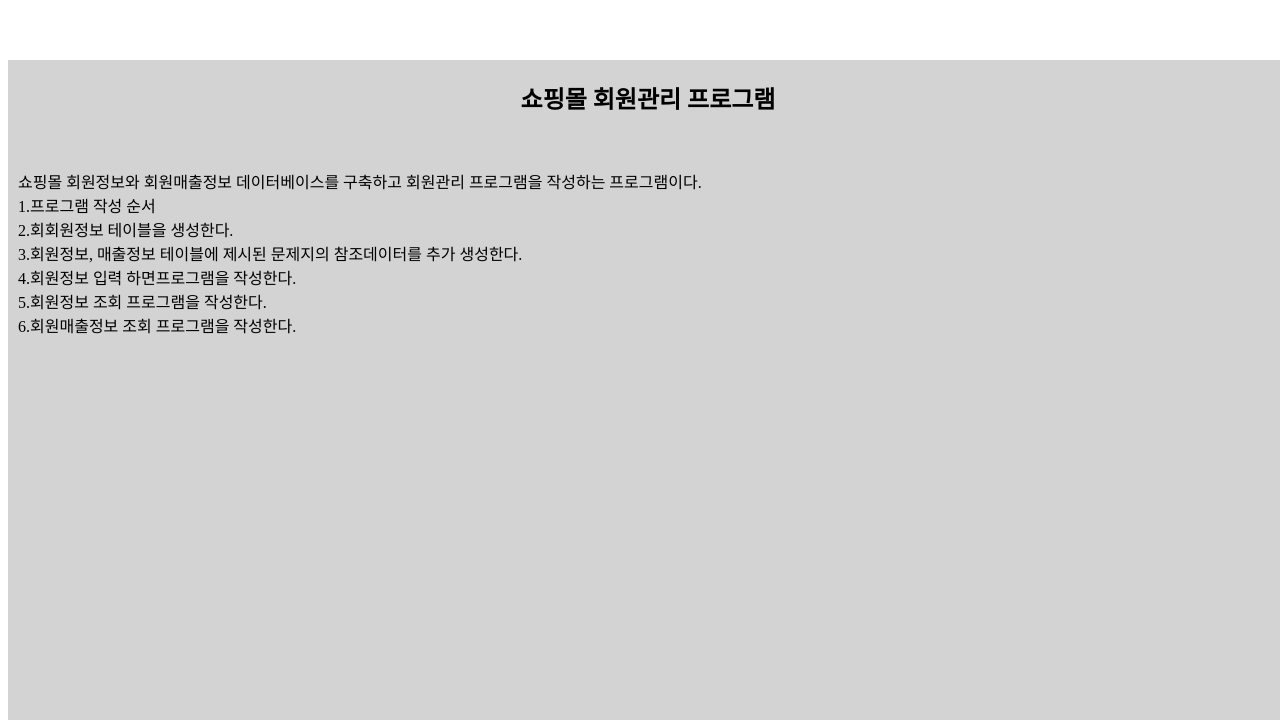
Repository: leesuyeon116/HRD_1
Page: http://localhost/HRD_0416/
These files come from the project's save history. The page is drawn as it stood at one moment and after the next save; the edit follows.
The browser window is 1280 px wide. The pictures show the whole page.
The page is served by Tomcat 9. Other server files are loaded and not shown.

Above is the page before, as saved 2024-04-16 23:57:57.

### HRD_0416/src/main/webapp/index.jsp
<%@ page language="java" contentType="text/html; charset=UTF-8"
    pageEncoding="UTF-8"%>
<!DOCTYPE html>
<html>
<head>
<meta charset="UTF-8">
<title>index</title>
</head>
<body>
<section style="position: fixed; top: 60px; width: 100%; height: 100%; background-color: lightgray">
	<h2 style="text-align: center;"><b>쇼핑몰 회원관리 프로그램</b></h2><br>
	<p style="padding-left: 10px">
	쇼핑몰 회원정보와 회원매출정보 데이터베이스를 구축하고 회원관리 프로그램을 작성하는 프로그램이다.<br>
	1.프로그램 작성 순서<br>
	2.회회원정보 테이블을 생성한다.<br>
	3.회원정보, 매출정보 테이블에 제시된 문제지의 참조데이터를 추가 생성한다.<br>
	4.회원정보 입력 하면프로그램을 작성한다.<br>
	5.회원정보 조회 프로그램을 작성한다.<br>
	6.회원매출정보 조회 프로그램을 작성한다.<br>
	</p>
</section>

</body>
</html>

### HRD_0416/src/main/webapp/header.jsp
<%@ page language="java" contentType="text/html; charset=UTF-8"
    pageEncoding="UTF-8"%>
<!DOCTYPE html>
<html>
<head>
<meta charset="UTF-8">
<title>header</title>
</head>
<body>
	<header style="position: fixed; top: 0px; width: 100%; height: 40px; background-color: blue; color: white;
	text-align: center; line-height: 40px; font-size: 30px"> 쇼핑몰 회원관리 ver 1.0</header>

	<nav style="position: fixed; top: 40px; width: 100%; height: 20px; background-color: lightblue; color: white; line-height: 20px;">
	회원등록 &nbsp; &nbsp; 회원목록조회/수정 &nbsp; &nbsp; 회원매출조회 &nbsp; &nbsp; &nbsp; &nbsp; 홈으로.</nav>
</body>
</html>

### HRD_0416/src/main/webapp/footer.jsp
<%@ page language="java" contentType="text/html; charset=UTF-8"
    pageEncoding="UTF-8"%>
<!DOCTYPE html>
<html>
<head>
<meta charset="UTF-8">
<title>footer</title>
</head>
<body>
	<footer style="position: fixed; bottom: 0px; width: 100%; height: 30px; background-color: blue; color: white;
	text-align: center; line-height: 30px; font-size: 15px;">
	HRDKOREA Copyright@2016 All rights reserved. Human Resources Development Service of Korea.</footer>
</body>
</html>

After the next save:
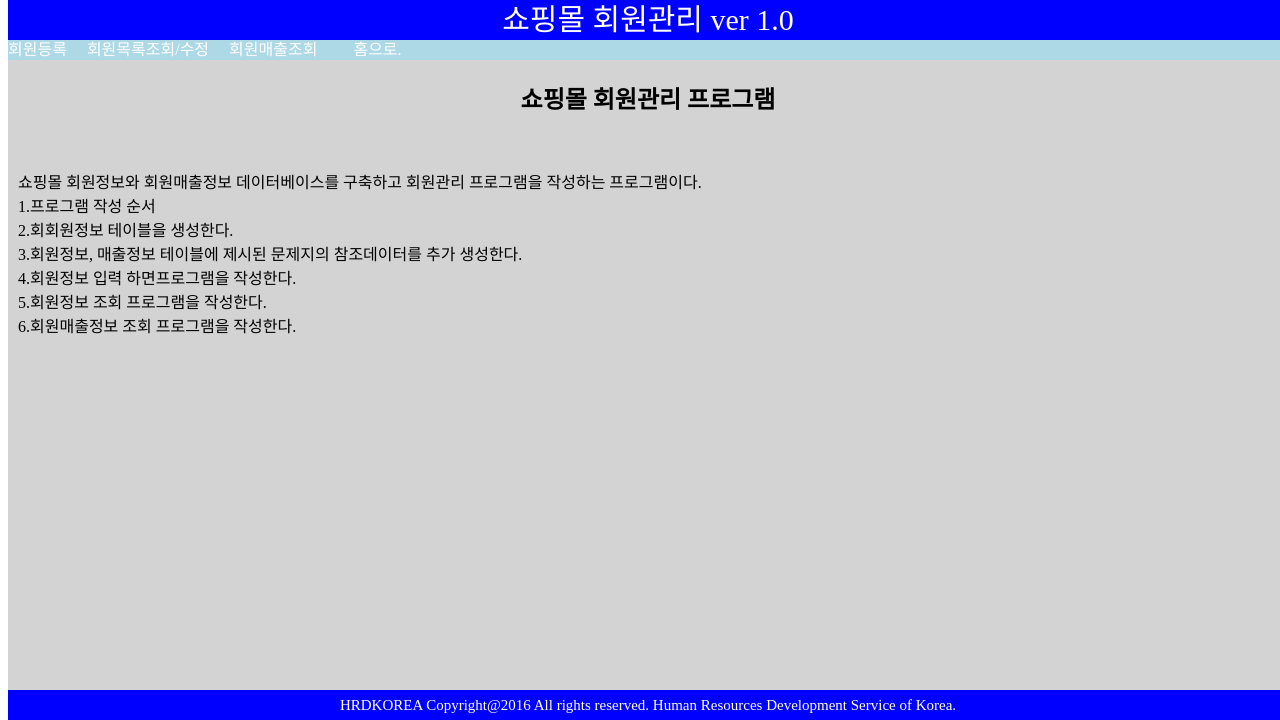
Saved 104 s later.
--- a/HRD_0416/src/main/webapp/index.jsp
+++ b/HRD_0416/src/main/webapp/index.jsp
@@ -7,6 +7,8 @@
 <title>index</title>
 </head>
 <body>
+
+<jsp:include page="header.jsp" />
 <section style="position: fixed; top: 60px; width: 100%; height: 100%; background-color: lightgray">
 	<h2 style="text-align: center;"><b>쇼핑몰 회원관리 프로그램</b></h2><br>
 	<p style="padding-left: 10px">
@@ -19,6 +21,6 @@
 	6.회원매출정보 조회 프로그램을 작성한다.<br>
 	</p>
 </section>
-
+<jsp:include page="footer.jsp" />
 </body>
 </html>
